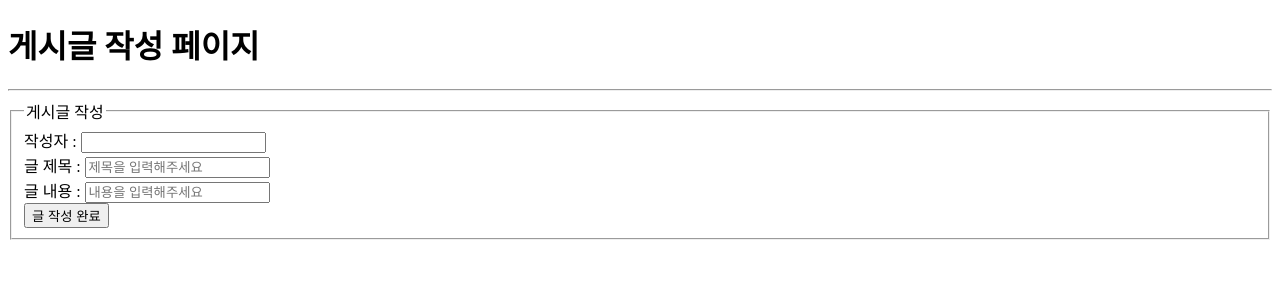
Repository: loseminho/khAcademy-Study
Page: http://localhost/02_SpringMVC_CRUD/boardWriteFrm.do
The author's editor kept a copy of each file at every save. The page is drawn from the files as they stood at one save, then again after the next save.
The browser window is 1280 px wide. The pictures show the whole page.
The page is served by Tomcat 9. Other server files are loaded and not shown.

Above is the page before, as saved 2022-10-04 06:51:14.

### spring/workspace-sts-3.9.13.RELEASE/02_SpringMVC_CRUD/src/main/webapp/WEB-INF/views/board/boardWriteFrm.jsp
<%@ page language="java" contentType="text/html; charset=UTF-8"
    pageEncoding="UTF-8"%>
    <%@ taglib uri="http://java.sun.com/jsp/jstl/core" prefix="c" %>
<!DOCTYPE html>
<html>
<head>
<meta charset="UTF-8">
<title>Insert title here</title>
</head>
<body>
	<h1>게시글 작성 페이지</h1>
	<hr>
	<form action="/boardWrite.do" method="post">
		<fieldset>
			<legend>게시글 작성</legend>
			작성자 : <input type="text" name="boardWriter" value="${sessionScope.m.memberId }" readonly>
			<br>
			글 제목 : <input type="text" name="boardTitle" placeholder = "제목을 입력해주세요">
			<br>
			글 내용 : <input type="text" name="boardContent" placeholder = "내용을 입력해주세요">
			<br>
			<input type="submit" value="글 작성 완료">
		</fieldset>
	</form>
</body>
</html>

After the next save:
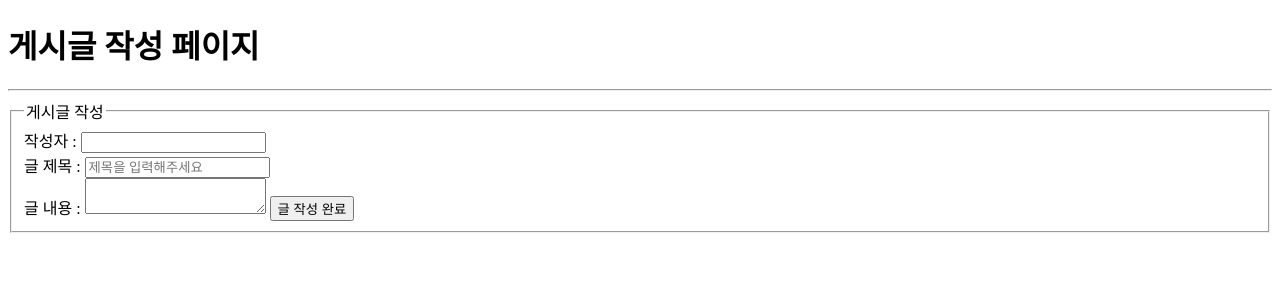
Saved 30 s later.
--- a/spring/workspace-sts-3.9.13.RELEASE/02_SpringMVC_CRUD/src/main/webapp/WEB-INF/views/board/boardWriteFrm.jsp
+++ b/spring/workspace-sts-3.9.13.RELEASE/02_SpringMVC_CRUD/src/main/webapp/WEB-INF/views/board/boardWriteFrm.jsp
@@ -17,8 +17,10 @@
 			<br>
 			글 제목 : <input type="text" name="boardTitle" placeholder = "제목을 입력해주세요">
 			<br>
-			글 내용 : <input type="text" name="boardContent" placeholder = "내용을 입력해주세요">
-			<br>
+			글 내용 : <textarea name="boardContent"></textarea>
+			<!--
+			<input type="text" name="boardContent" placeholder = "내용을 입력해주세요">
+			 -->
 			<input type="submit" value="글 작성 완료">
 		</fieldset>
 	</form>
